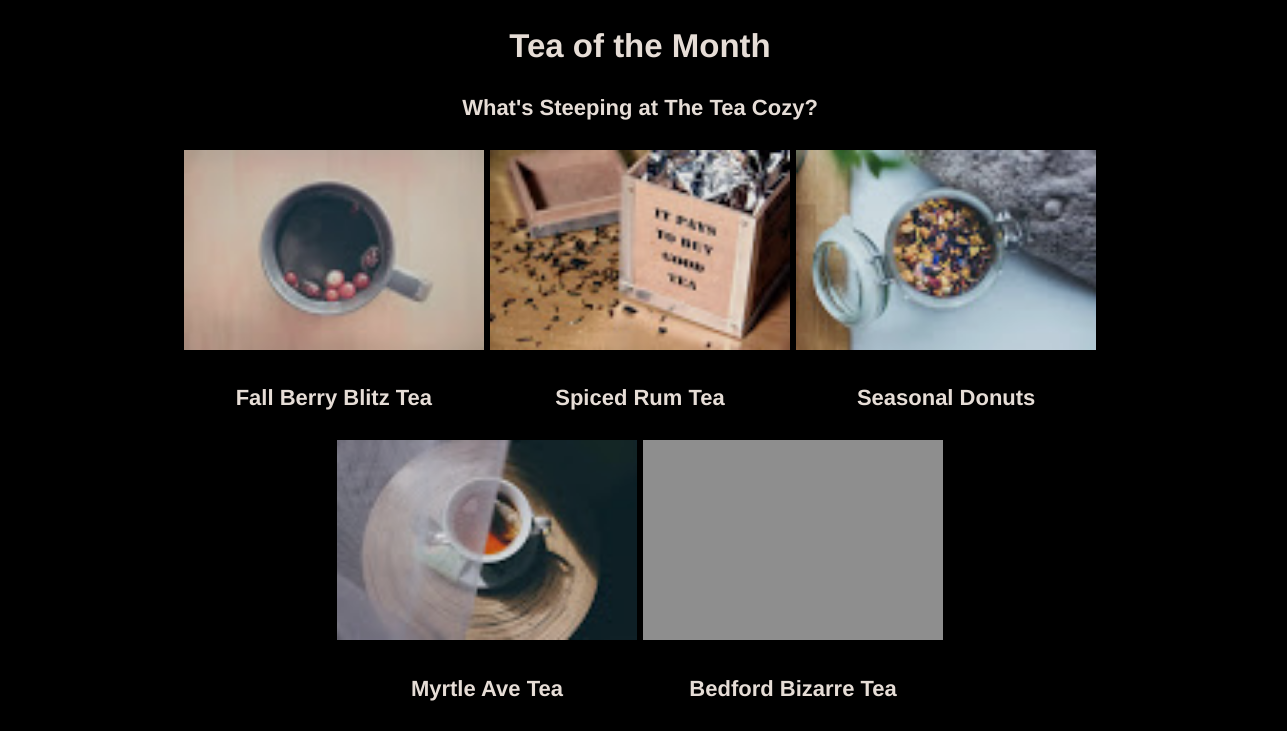
Repository: NiutaR/teaCozy
Page: index.html
The author's editor kept a copy of each file at every save. The page is drawn from the files as they stood at one save, then again after the next save.
The browser window is 1280 px wide. The page is 1287 px wide, so the pictures cover 1287 px, including what lies to the right of the window. The pictures show the part of the page from y = 798 to 1529 px (the page is 2339 px tall).
Pictures or frames that could not be fetched are drawn as grey boxes.

Above is the page before, as saved 2021-08-06 17:53:40.

After the next save:
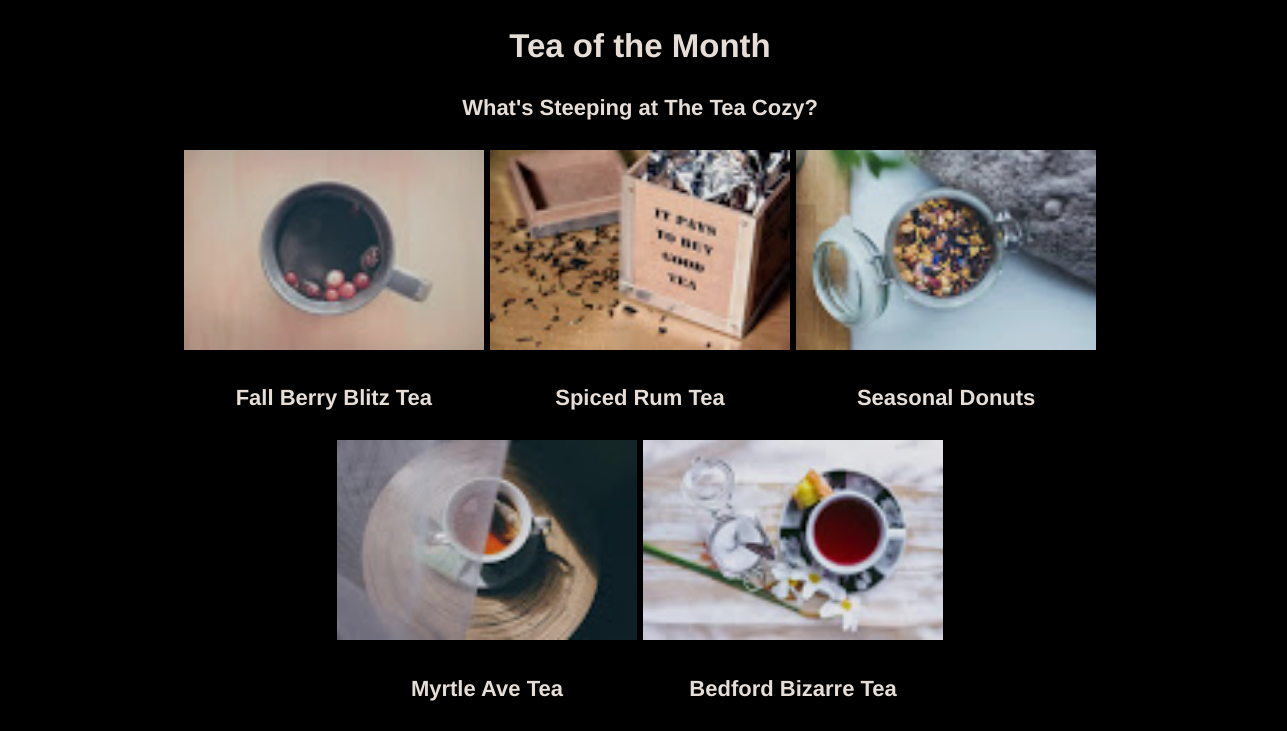
Saved 5 s later.
--- a/index.html
+++ b/index.html
@@ -48,7 +48,7 @@
 
           </div>
           <div id="bedford">
-            <img src="src/img/">
+            <img src="src/img/img-bedford-bizarre.jpg">
             <h4>Bedford Bizarre Tea</h4>
           </div>
         </div>
